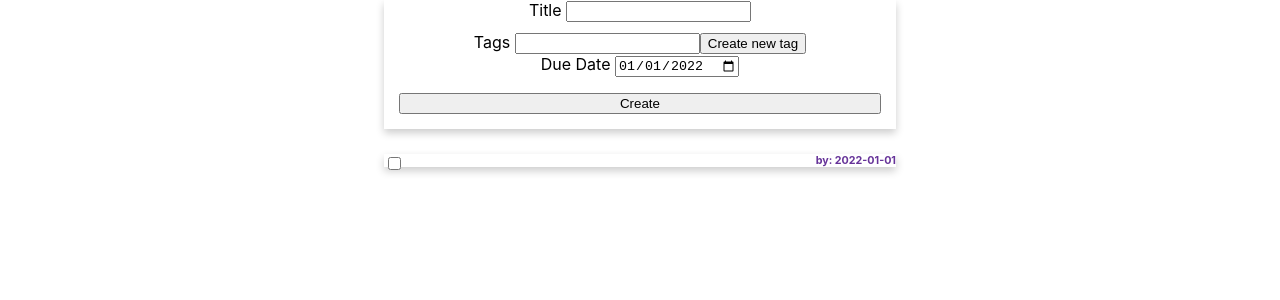
Repository: sanjayMamidipaka/reactappbits
Page: /, after clicking the first element matching `div.submitButton > button`
An editor plug-in stored every save of this project. The page is shown before and after a run of saves, followed by the edit.
The browser window is 1280 px wide. The pictures show the whole page.
The project was rebuilt for these pictures with package versions that can differ from the ones it lists, and the page was loaded fresh each time. Also part of the build but not shown: src/components/Tag.css, src/components/Tag.tsx.

Above is the page before, as saved 2022-01-18 18:16:21.

### src/App.tsx
import logo from './logo.svg';
import './App.css';
import TodoList from './components/TodoList';

function App() {
  return (
    <div className="App">
      <TodoList/>
    </div>
  );
}

export default App;

### src/components/TodoList.tsx
import React, { EventHandler } from 'react'
import './TodoList.css'
import { useState } from 'react'
import Tag from './Tag'
import TodoItem from './TodoItem'
/**
 * Thank you for applying to Bits of Good. You are free to add/delete/modify any
 * parts of this project. That includes changing the types.ts, creating css files,
 * modifying import statements, using contexts, etc. We do recommend to keep it simple.
 * You will not be judged based on complexity. We also recommend using
 * multiple components instead of coding everything on this file :)
 *
 * Have fun! Please reach out to hello@bitsofgood.org or wkim330@gatech.edu if you
 * have any questions!
 *
 * Bits of Good Engineering Team
 *
 */
// TODO: Start coding from here

// Here's a baseline todo item type.
// Feel free to extend or create your own interface!

export default function TodoList() {
  const [title, setTitle] = useState('');
  const [tagValue, setTagValue] = useState('');
  const [index, setIndex] = useState(0);
  const [date, setDate] = useState('2022-01-01');
  const completedItems: any[] = [];
  const [todoListCompletedItems, setTodoListCompletedItems] = useState(completedItems);

  const [tagArray, setTagArray] = useState<{name1: string, index1: number}[]>([]);

    const addNewTag = (e: React.MouseEvent<HTMLButtonElement>) => {
      e.preventDefault();
      if (tagValue !== "") {
        setTagArray((tagArray: {name1: string, index1: number}[]) => {
          return [...tagArray, {name1: tagValue, index1: index}];
        });
      }
      setIndex(index + 1);
      setTagValue('');

    }

    const removeElement = (index: number) => {
      setTagArray((tagArray)=>{
        let newTagArray = tagArray.filter((tagObject) => tagObject.index1 !== index);

        return newTagArray;
      })
      console.log(tagArray);

    }

    const handleSubmit = (e: React.MouseEvent<HTMLButtonElement>) => {
      const itemToAdd: any = {
      title: title,
      dueDate: date,
      tagList: tagArray,
      completed: false,
      idx: new Date().getTime().toString()
    }
    setTitle('');
    setTodoListCompletedItems([...todoListCompletedItems, itemToAdd]);
    setTagArray([]);
    }
  return (
    <div>
  <div className="card">
    <label htmlFor="nameLabel">Title </label>
        <input
          type="text"
          value={title}
          onChange={(e) => setTitle(e.target.value)}
        />
        <div style={{padding: '5px'}}></div>

        <label htmlFor="tagLabel">Tags </label>
        <input
          type="text"
          value={tagValue}
          onChange={(e) => setTagValue(e.target.value)}
        />
        <button type="submit" onClick={addNewTag}>
          Create new tag
        </button>

        <div>
          {tagArray.map((tagObject: {name1: string, index1: number}) => {
            return <Tag name={tagObject.name1} key={tagObject.index1} theIndex={tagObject.index1} remove={removeElement} include={"x"}></Tag>
          })}
        </div>

        <label htmlFor="dueDateLabel">Due Date </label>
        <input
          type="date"
          value={date}
          onChange={(e) => setDate(e.target.value)}
        />

        <div style={{padding: '15px'}} className = 'submitButton'>
          <button style ={{width: '100%'}} type='submit' onClick={handleSubmit}>Create</button>
        </div>

</div>

      <div>
          {todoListCompletedItems.map((todoListItem) => {
            return <TodoItem todoListItem={todoListItem} key={todoListItem.idx} index={todoListItem.idx}></TodoItem>
          })}
        </div>

        </div>
  )
}

### src/components/TodoList.css
.card {
  /* Add shadows to create the "card" effect */
  box-shadow: 0 4px 8px 0 rgba(0,0,0,0.2);
  transition: 0.3s;
  width: 40%;
  margin: 0 auto;
}

/* On mouse-over, add a deeper shadow */
.card:hover {
  box-shadow: 0 8px 16px 0 rgba(0,0,0,0.2);
}

/* Add some padding inside the card container */
.container {
  padding: 2px 16px;
}

### src/components/TodoItem.tsx
import React, { EventHandler } from 'react'
import Tag from './Tag';
import './TodoItem.css';

export default function TodoItem({todoListItem, index}: {todoListItem: any, index: string}) {
    const {title, dueDate, tagList, completed} = todoListItem;

    return (
        <div className="card">
            <input type="checkbox" style={{float: "left"}} />
            <h1 className="child">{title}</h1>
            <h6 className="child">by: {dueDate}</h6>
            <div></div>
            {tagList.map((tagObject: {name1: string, index1: number}, index: number) => {
                return <Tag name={tagObject.name1} key={tagObject.index1} theIndex={tagObject.index1} remove={()=>{}} include={""}></Tag>
            })}
        </div>
    )
}

### src/components/TodoItem.css
.card {
  /* Add shadows to create the "card" effect */
  box-shadow: 0 4px 8px 0 rgba(0,0,0,0.2);
  transition: 0.3s;
  width: 40%;
  margin: 0 auto;
}

/* On mouse-over, add a deeper shadow */
.card:hover {
  box-shadow: 0 8px 16px 0 rgba(0,0,0,0.2);
}

/* Add some padding inside the card container */
.container {
  padding: 2px 16px;
}

.child {
    text-align: right;
    color: rebeccapurple;
}

Loaded but not shown: public/index.html (common file); src/index.tsx (common file); src/index.css (common file); src/reportWebVitals.js (common file); src/App.css (common file)

After the next 2 saves:
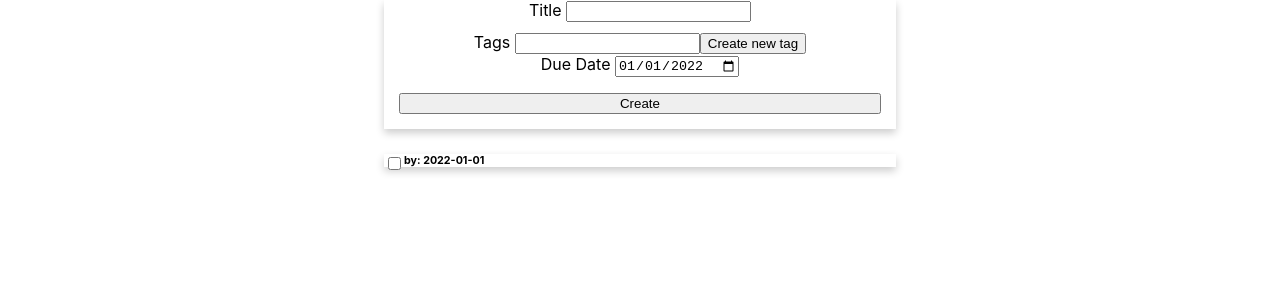
The 2 saves are shown as one change because they came seconds apart.
The last was saved 8 s later.
--- a/src/components/TodoItem.css
+++ b/src/components/TodoItem.css
@@ -17,6 +17,5 @@
 }
 
 .child {
-    text-align: right;
-    color: rebeccapurple;
+    text-align: left;
 }
